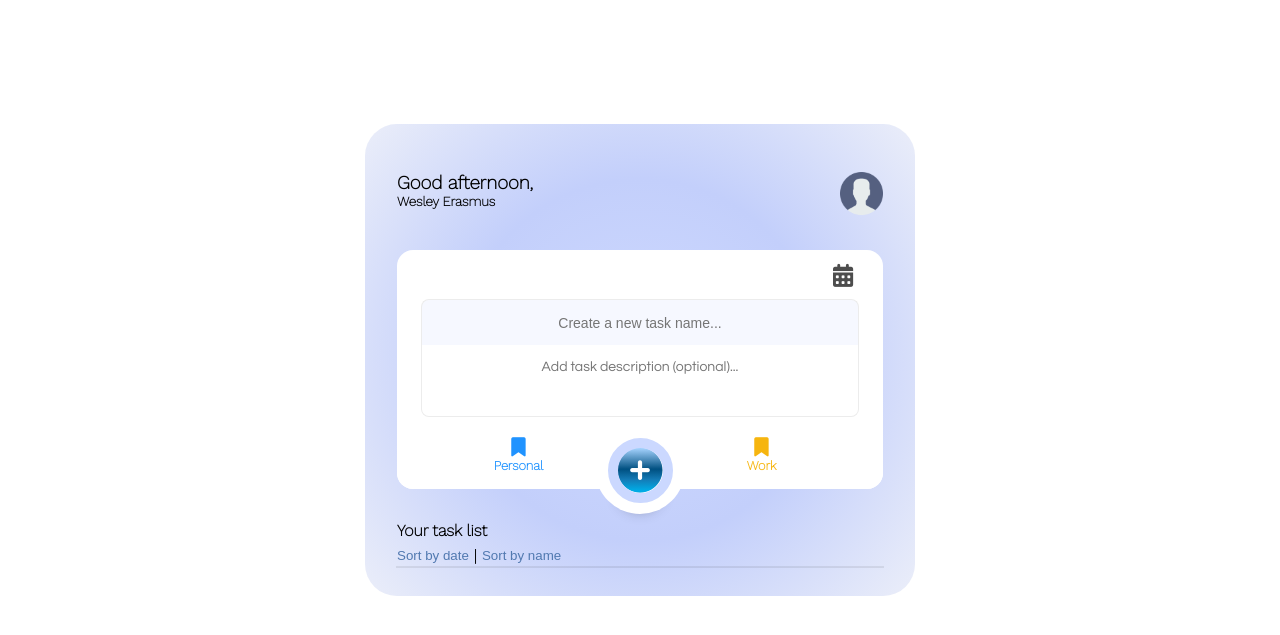
Repository: WesleyErasmus/Todo-App
Page: todoApp.html
The author's editor kept a copy of each file at every save. The page is drawn from the files as they stood at one save, then again after the next save.
The browser window is 1280 px wide. The pictures show the whole page.
Some web libraries are served in a nearby version.

Above is the page before, as saved 2022-06-23 12:14:42.

After the next save:
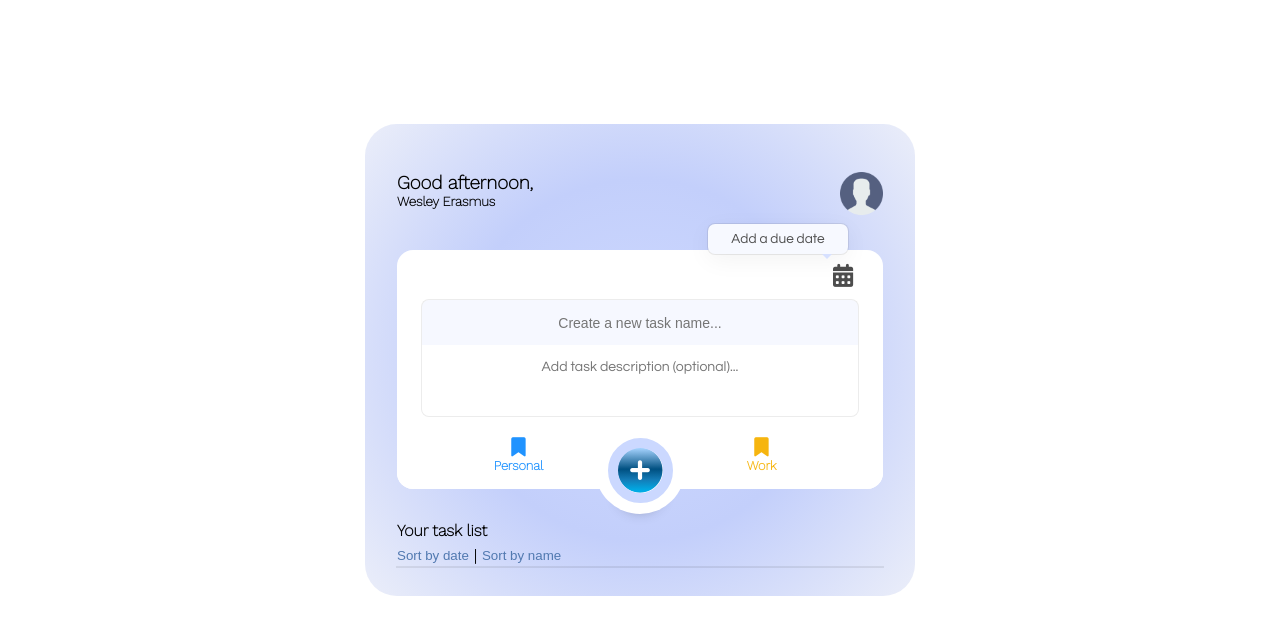
Saved 8 s later.
--- a/source/css/todoApp.css
+++ b/source/css/todoApp.css
@@ -653,8 +653,8 @@ Task title, Task description, Show description button */
   z-index: 1;
   box-shadow: var(--box-shadow);
   /* Tooltip fade effect */
-  opacity: 0;
-  transition: opacity 1s;
+  /* opacity: 0;
+  transition: opacity 1s; */
 }
 
 /* Tooltip styling */
